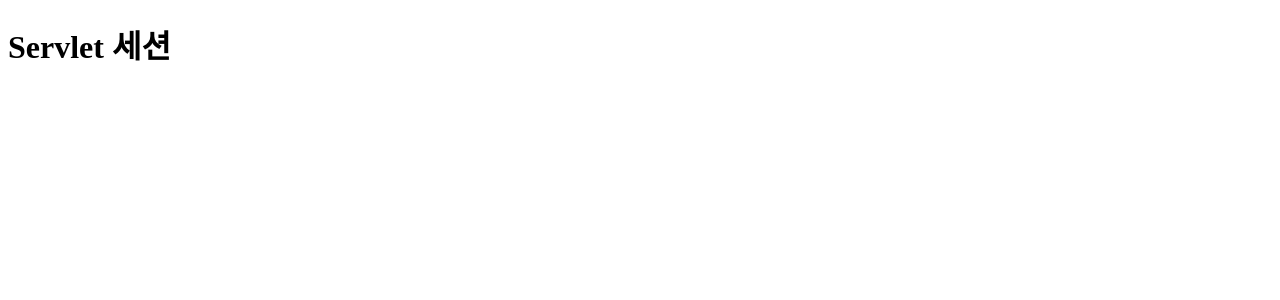
Repository: Chaenini/JSP
Page: http://localhost/Basic_JSP/seprac/login.jsp
These files come from the project's save history. The page is drawn as it stood at one moment and after the next save; the edit follows.
The browser window is 1280 px wide. The pictures show the whole page.
The page is served by Tomcat 9.

Above is the page before, as saved 2019-10-18 02:47:40.

After the next save:
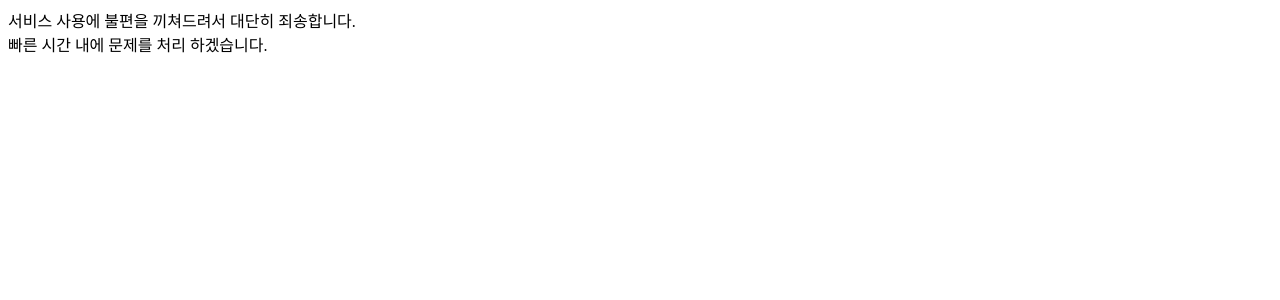
Saved 58 s later.
--- a/JSP/Basic_JSP/WebContent/seprac/login.jsp
+++ b/JSP/Basic_JSP/WebContent/seprac/login.jsp
@@ -1,6 +1,9 @@
 <%@ page language="java" contentType="text/html; charset=UTF-8"
     pageEncoding="UTF-8"%>
 <!DOCTYPE html>
+<%
+	String id =(String)session.getAttribute("idkey");
+%>
 <html>
 <head>
 <meta charset="UTF-8">
@@ -8,5 +11,9 @@
 </head>
 <body>
 	<h1>Servlet 세션</h1>
+	<%
+		if(id!=null){
+	%>
+	<%=id %>님 반갑습니다
 </body>
 </html>

After the save that followed:
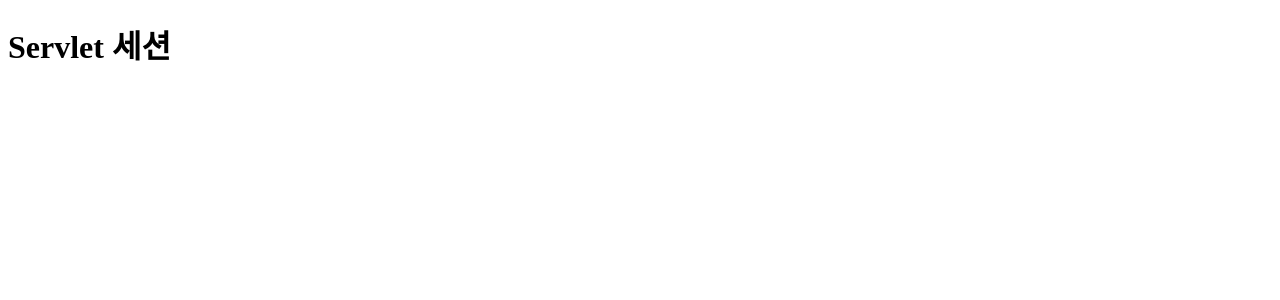
Saved 22 s later.
--- a/JSP/Basic_JSP/WebContent/seprac/login.jsp
+++ b/JSP/Basic_JSP/WebContent/seprac/login.jsp
@@ -14,6 +14,10 @@
 	<%
 		if(id!=null){
 	%>
-	<%=id %>님 반갑습니다
+	<%=id %>님 반갑습니다.<p>
+	<%
+		}
+
+	%>
 </body>
 </html>
